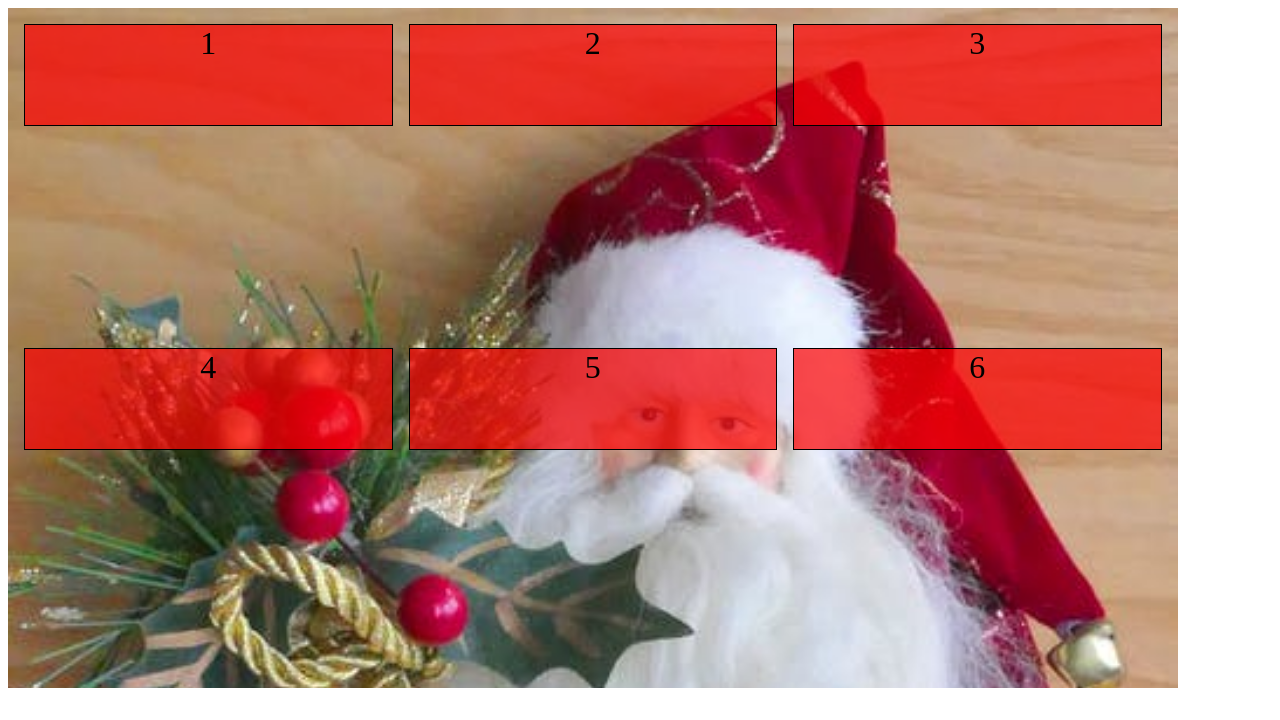
Repository: hindrik40/julprogram-js
Page: advent.html
These files come from the project's save history. The page is drawn as it stood at one moment and after the next save; the edit follows.
The browser window is 1280 px wide. The pictures show the whole page.

Above is the page before, as saved 2021-12-14 10:07:25.

After the next save:
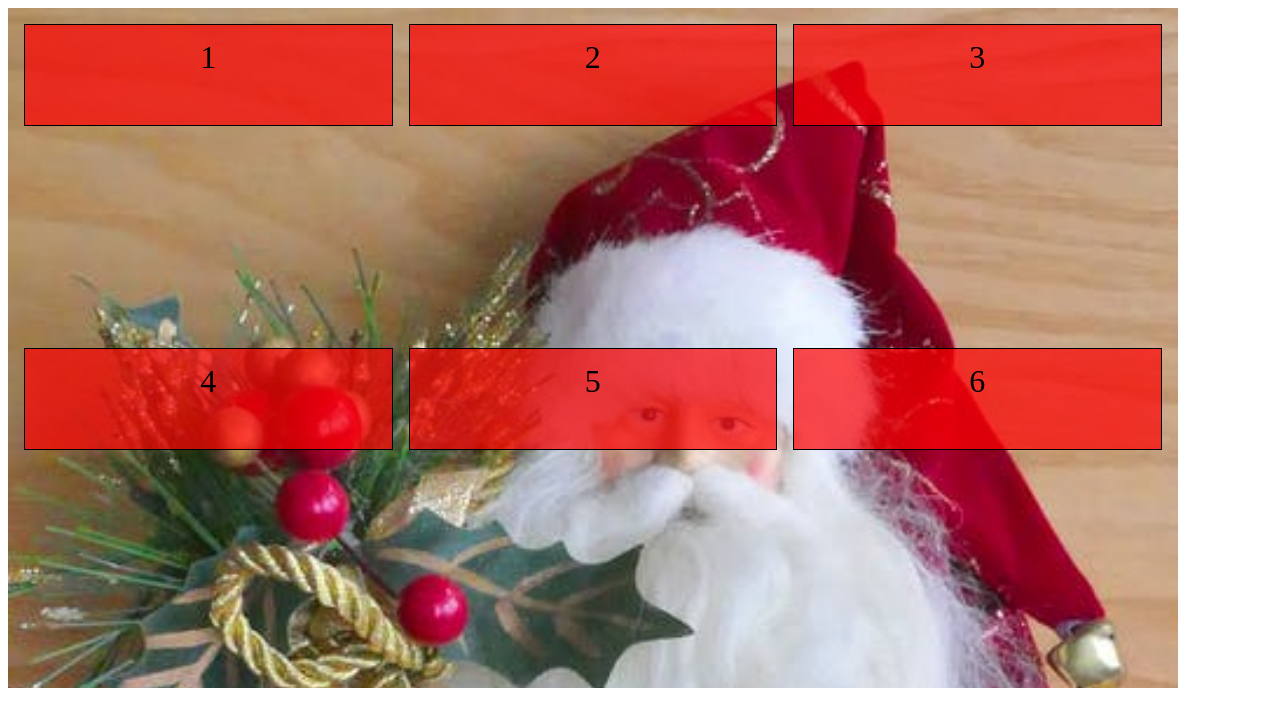
Saved 73 s later.
--- a/advent.css
+++ b/advent.css
@@ -11,11 +11,12 @@ main#adventCalender{
 main>div{
    min-width: 50px;
    min-height: 100px;
-   max-height: 100px;
+   height: 4rem;
     border:solid 1px black;
     background-color: rgba(255,0,0,0.7);
     font-size:2rem;
     text-align: center;
     vertical-align: middle;
+    line-height: 4rem;
 
 }
